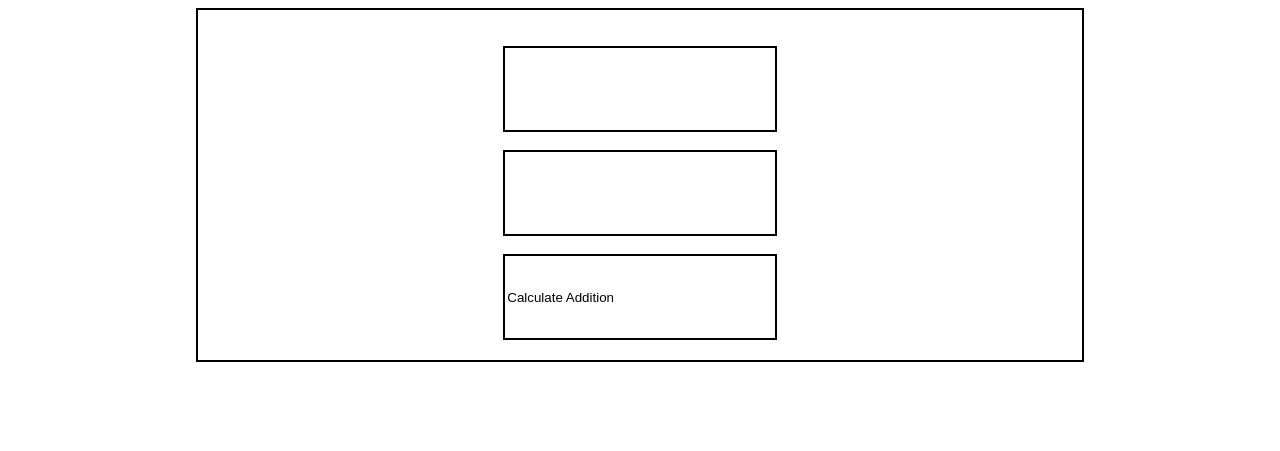
Repository: KiranNaikwadi/JSP
Page: http://localhost/Program/Add.jsp
An editor plug-in stored every save of this project. The page is shown before and after the next save, followed by the edit.
The browser window is 1280 px wide. The pictures show the whole page.
The page is served by Tomcat 9.

Above is the page before, as saved 2024-04-06 04:49:11.

### Program/src/main/webapp/Add.jsp
<%@ page language="java" contentType="text/html; charset=UTF-8"
    pageEncoding="UTF-8"%>
<!DOCTYPE html>
<html>
<head>
<meta charset="UTF-8">
<title>Insert title here</title>
<style>
input{
height:80px;
width:30%;
border: 2px solid black;
}
form{
border:2px solid black;
height:350px;
width:70%;
}
</style>
</head>
<body>
<%!
int a,b,c;
%>
<center>
<form name='frm' action='' method='get'><br><br>
<input type='text' name='first' value=''><br><br>
<input type='text' name='second' value=''><br><br>
<input type='text' name='s' value='Calculate Addition'>
</center>
</form>
<%
String btn=request.getParameter("s");
if(btn!=null){
	a=Integer.parseInt(request.getParameter("first"));
	b=Integer.parseInt(request.getParameter("second"));
	c=a+b;
	out.println("<h1>Addition is +c </h1>");

}
%>
</body>
</html>

After the next save:
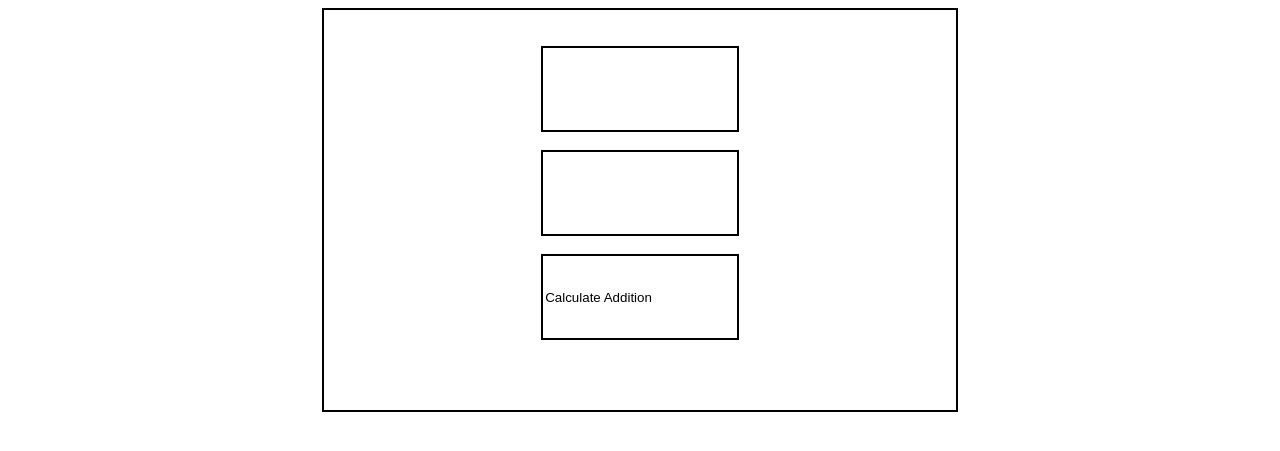
Saved 29 s later.
--- a/Program/src/main/webapp/Add.jsp
+++ b/Program/src/main/webapp/Add.jsp
@@ -13,8 +13,8 @@ border: 2px solid black;
 }
 form{
 border:2px solid black;
-height:350px;
-width:70%;
+height:400px;
+width:50%;
 }
 </style>
 </head>
